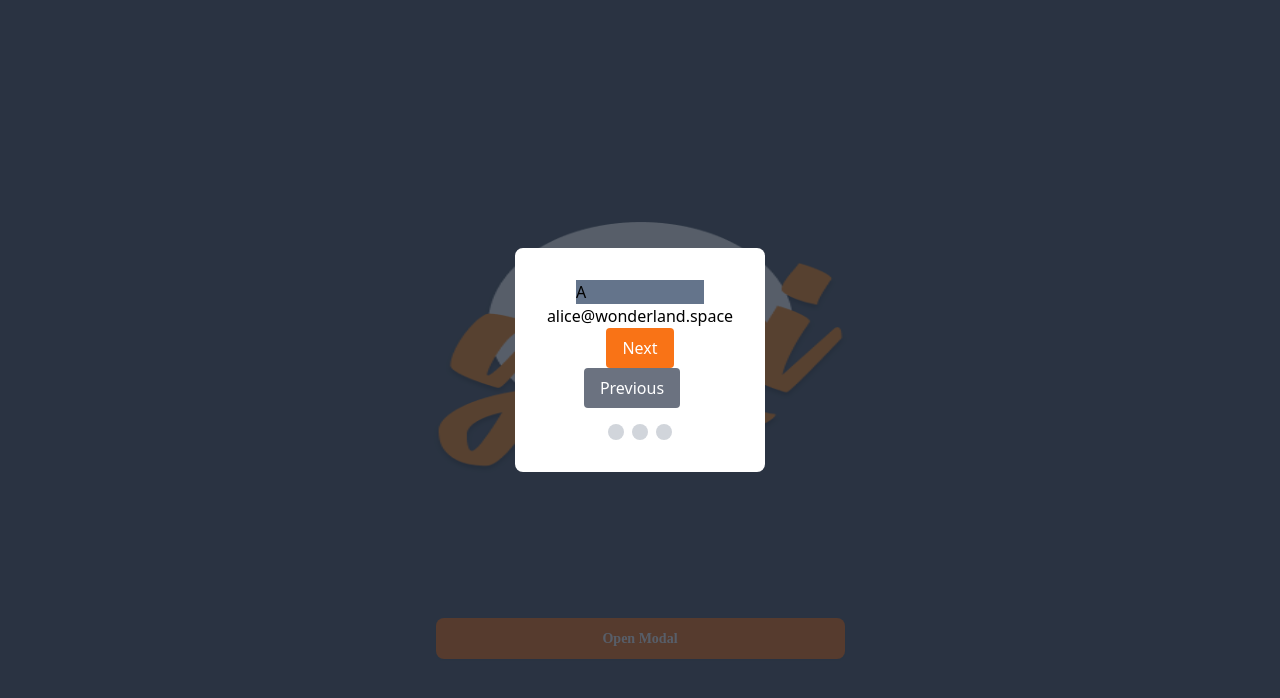
Repository: ZakariaZhlat125/lucatctyteste
Page: /, after clicking the first element matching `button.mt-36`
An editor plug-in stored every save of this project. The page is shown before and after the next save, followed by the edit.
The browser window is 1280 px wide. The pictures show the whole page.
The project was rebuilt for these pictures with package versions that can differ from the ones it lists, and the page was loaded fresh each time. Also part of the build but not shown: vite.config.js, src/Components/ModalComponents/PickLang.jsx, src/Components/ModalComponents/SelectImage.jsx.

Above is the page before, as saved 2023-09-29 10:26:53.

After the next save:
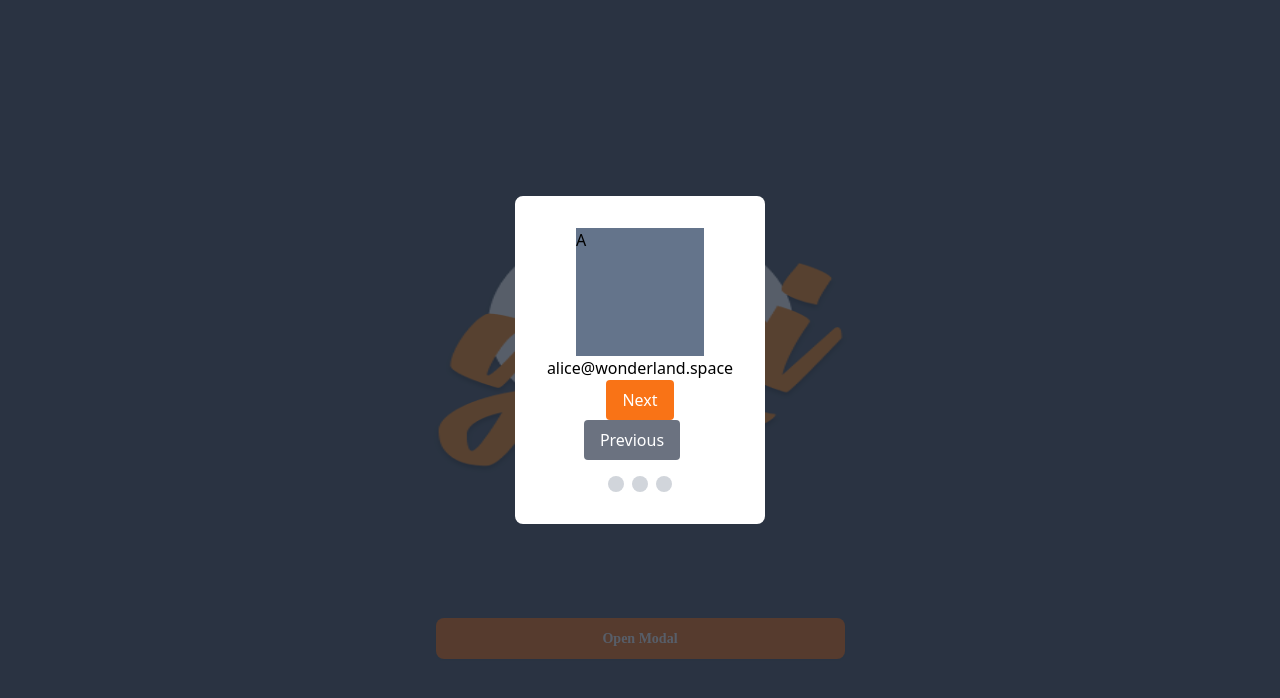
Saved 11 s later.
--- a/src/Components/ModalComponents/Welcom.jsx
+++ b/src/Components/ModalComponents/Welcom.jsx
@@ -5,7 +5,7 @@
     <div className='flex flex-col justify-center items-center'>
 
         {/* <div className='justify-center items-center'> */}
-            <p className='bg-slate-500 w-32'>A</p>
+            <p className='bg-slate-500 w-32 h-32'>A</p>
             <p>alice@wonderland.space</p>
         {/* </div> */}
     </div>
